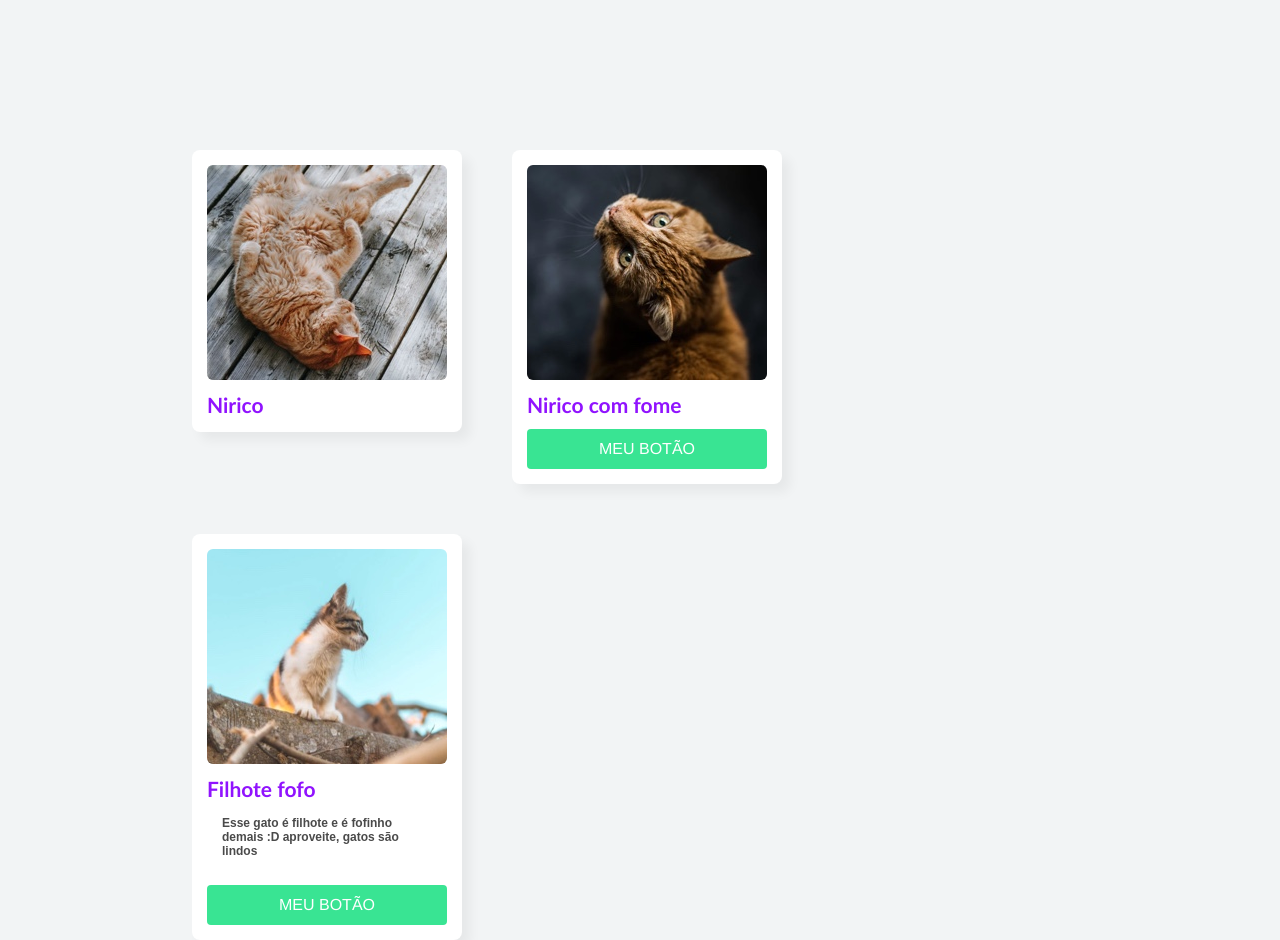
Repository: alessandradiamantino/Curso-Front-End-Design
Page: 1 - Introdução ao HTML e CSS/2 - Exercício CSS/01/codesignerspro-arquivos-exercicio-css-02/codesignerspro-arquivos-exercicio-css-02/index.html
An editor plug-in stored every save of this project. The page is shown before and after the next save, followed by the edit.
The browser window is 1280 px wide. The pictures show the whole page.

Above is the page before, as saved 2023-04-22 09:55:03.

### 1 - Introdução ao HTML e CSS/2 - Exercício CSS/01/codesignerspro-arquivos-exercicio-css-02/codesignerspro-arquivos-exercicio-css-02/index.html
<!DOCTYPE html>
<html lang="pt-br">

<head>
  <meta charset="UTF-8">
  <meta name="viewport" content="width=device-width, initial-scale=1.0">
  <meta http-equiv="X-UA-Compatible" content="ie=edge">
  <title>Exercício CSS 02</title>
  <link rel="stylesheet" type="text/css" href="css/style.css" />
</head>

<body>
  <main>
  <div class="card-container">
    <div class="card">
      <img src="images/gato-01.jpg"
        alt="gato deitado"
        title="gatinho"
        class="card-image"
      />
      <div class="card-body">
        <h1>Nirico</h1>
    </div>
  </div>
</div>

<div class="card-container">
  <div class="card">
    <img src="images/gato-02.jpg"
      alt="gato deitado"
      title="gatinho"
      class="card-image"
    />
    <div class="card-body">
      <h1>Nirico com fome</h1>
  </div>
  <div class="card-footer">
   <a href="https://web.whatsapp.com/" class="btn">Meu Botão</a>
  </div>
</div>
</div>

<div class="card-container">
  <div class="card">
    <img src="images/gato-03.jpg"
      alt="gato deitado"
      title="gatinho"
      class="card-image"
    />
    <div class="card-body">
      <h1>Filhote fofo</h1>
      <p>Esse gato é filhote e é fofinho demais :D aproveite, gatos são lindos</p>
  </div>
  <div class="card-footer">
   <a href="https://web.whatsapp.com/" class="btn">Meu Botão</a>
  </div>
</div>
</div>
  </main>
</body>

</html>

### 1 - Introdução ao HTML e CSS/2 - Exercício CSS/01/codesignerspro-arquivos-exercicio-css-02/codesignerspro-arquivos-exercicio-css-02/css/style.css
body{
  background-color: #f2f4f5;
  margin: 0;
}
main {
  width: 70%;
  display: table;
  margin: 100px auto 0 auto;
}

p{
  font-family: Arial, Helvetica, sans-serif;
  font-size: 12px;
  line-height: 14px;
  color: #4a4a4a;
  font-weight: 600;
  margin: 15px

}
.card-container {
  width: 270px;
  display: table;
  float: left;
  margin: 50px 50px 0 0;
}

.card {
  width: 100%;
  display: table;
  background-color: #fff;
  border-radius: 8px;
  box-shadow: 8px 8px 12px rgba(0, 0, 0, 0.05);
  padding: 15px;
  box-sizing: border-box;
}

.card .card-image {
  width: 100%;
  max-width: 100%;
  height: auto;
  border-radius: 6px;
  display: block;
}

.card .card-body {
  width: 100%;
  display: table;
  margin-top: 13px;
}

.card .card-body h1 {
  font-family:'Gill Sans', 'Gill Sans MT', Calibri, 'Trebuchet MS', sans-serif;
  font-size: 21px;
  font-weight: 800;
  line-height: 24px;
  color: #9013fe;
  margin: 0;
}

.card .card-footer {
  width: 100%;
  display: table;
}

.card .card-footer .btn {
  width: 100%;
}
/* botões */

.btn {
  width: auto;
  height: 40px;
  display: inline-block;
  background-color: #39e493;
  color: #fff;
  font-family:'Franklin Gothic Medium', 'Arial Narrow', Arial, sans-serif;
  font-size: 16px;
  text-transform: uppercase;
  line-height: 40px;
  text-decoration: none;
  text-align: center;
  border-radius: 2px;
  margin-top: 12px;
  padding: 0 30px;
  border-radius: 4px;
  box-sizing: border-box;
}

After the next save:
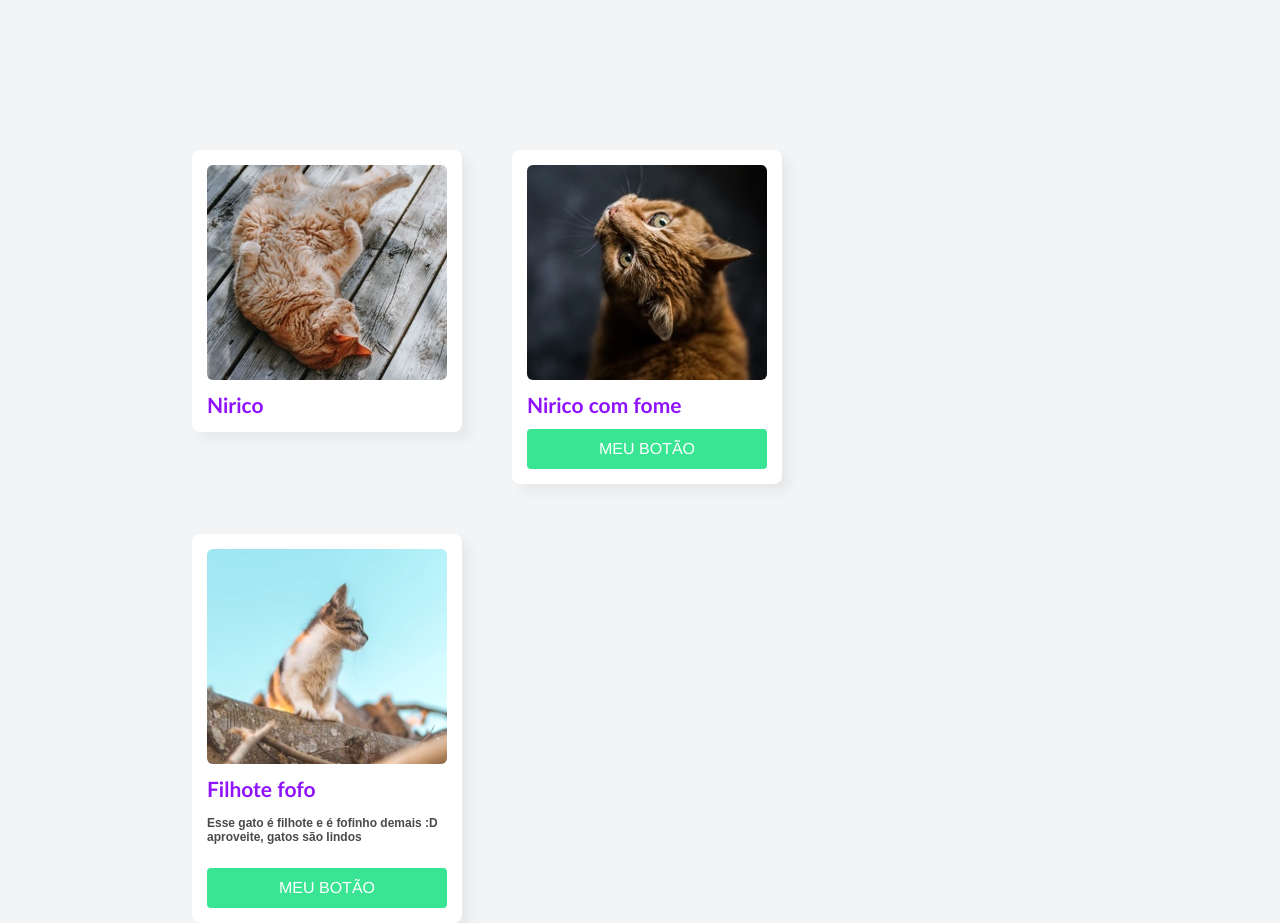
Saved 5 s later.
--- a/1 - Introdução ao HTML e CSS/2 - Exercício CSS/01/codesignerspro-arquivos-exercicio-css-02/codesignerspro-arquivos-exercicio-css-02/css/style.css
+++ b/1 - Introdução ao HTML e CSS/2 - Exercício CSS/01/codesignerspro-arquivos-exercicio-css-02/codesignerspro-arquivos-exercicio-css-02/css/style.css
@@ -14,7 +14,7 @@ p{
   line-height: 14px;
   color: #4a4a4a;
   font-weight: 600;
-  margin: 15px
+  margin: 15px 0 12px 0;
 
 }
 .card-container {
